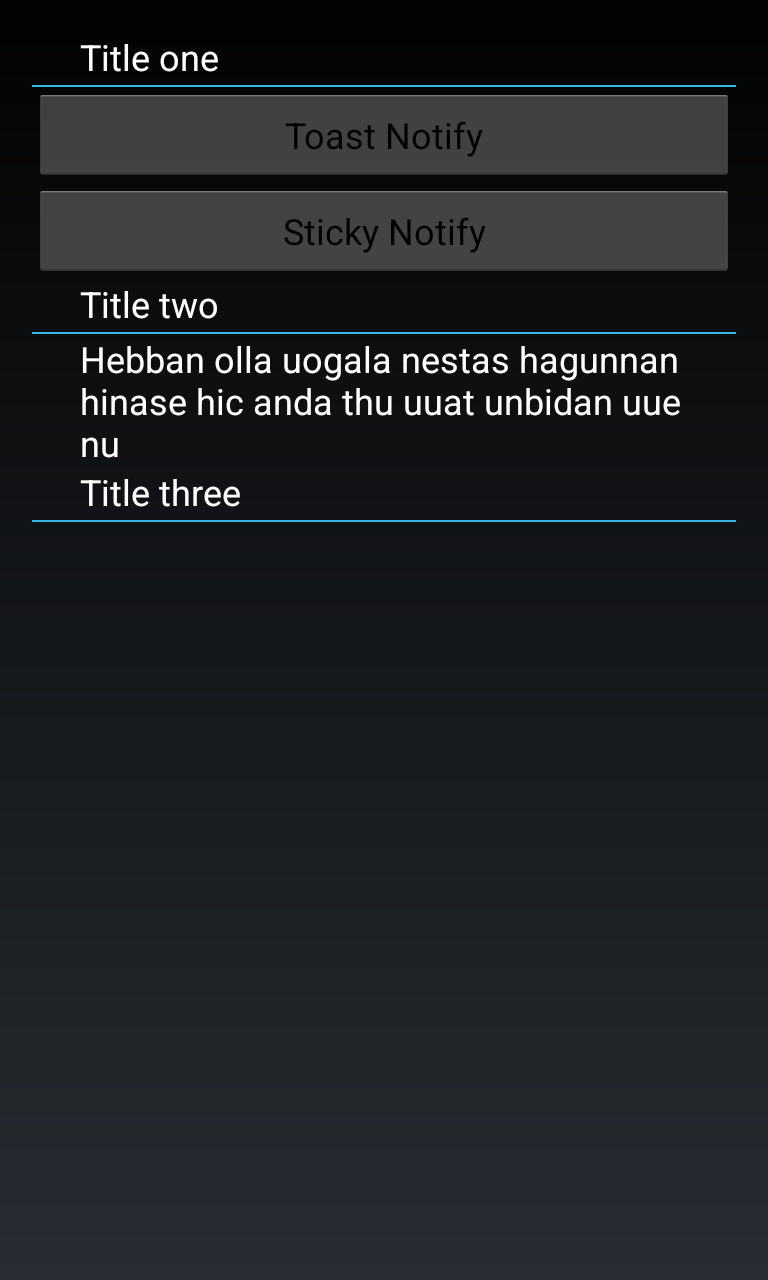
Repository: zubke/NotifyLib
Layout: Android-NotifySample/res/layout/activity_main.xml
The author's editor kept a copy of each file at every save. The layout is drawn from the files as they stood at one save, then again after the next save.
It is drawn on a 768 x 1280 px phone screen (xhdpi) without system bars, with theme AppTheme; the app's code is not run.

Above is the layout before, as saved 2013-10-07 19:35:10.

After the next save:
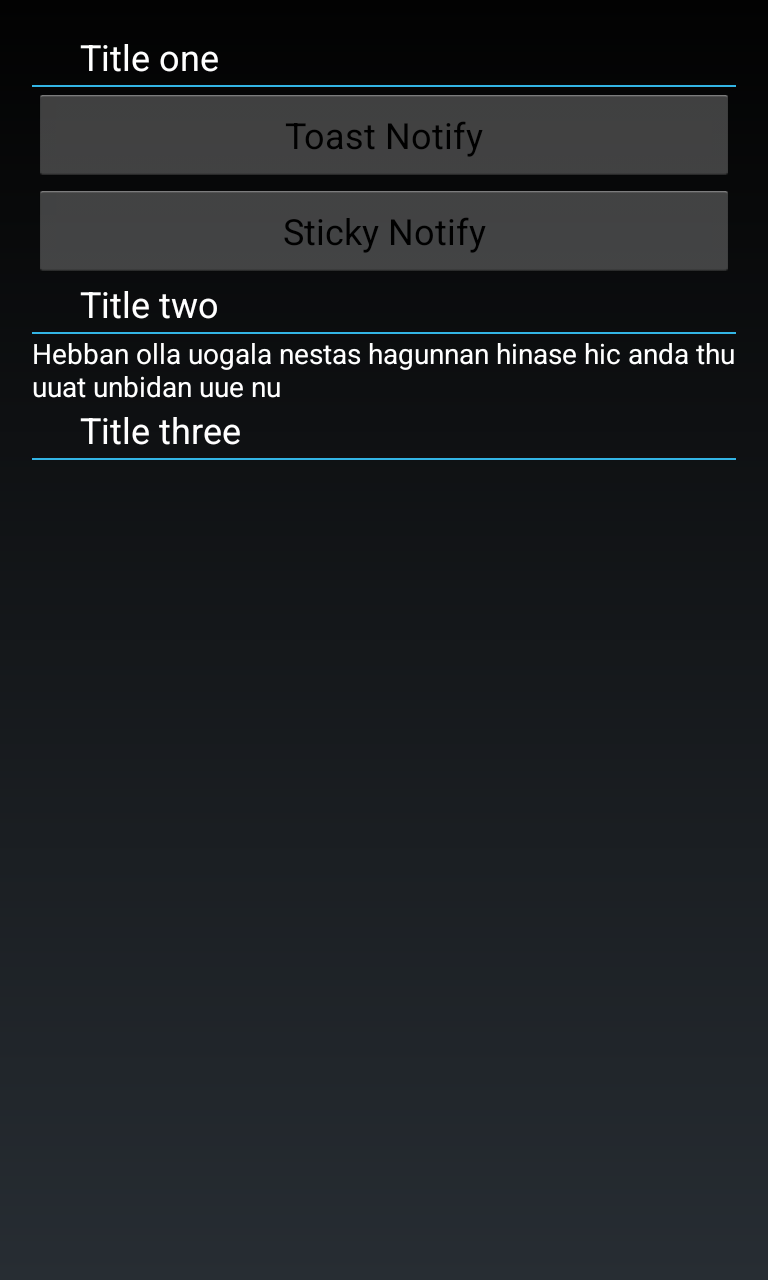
Saved 4 s later.
--- a/Android-NotifySample/res/layout/activity_main.xml
+++ b/Android-NotifySample/res/layout/activity_main.xml
@@ -52,7 +52,7 @@
             android:background="@color/ics_blue_main" />
 
          <TextView
-            style="@style/Title"
+            style="@style/Content"
             android:layout_width="wrap_content"
             android:layout_height="wrap_content"
             android:text="@string/content_one" />
